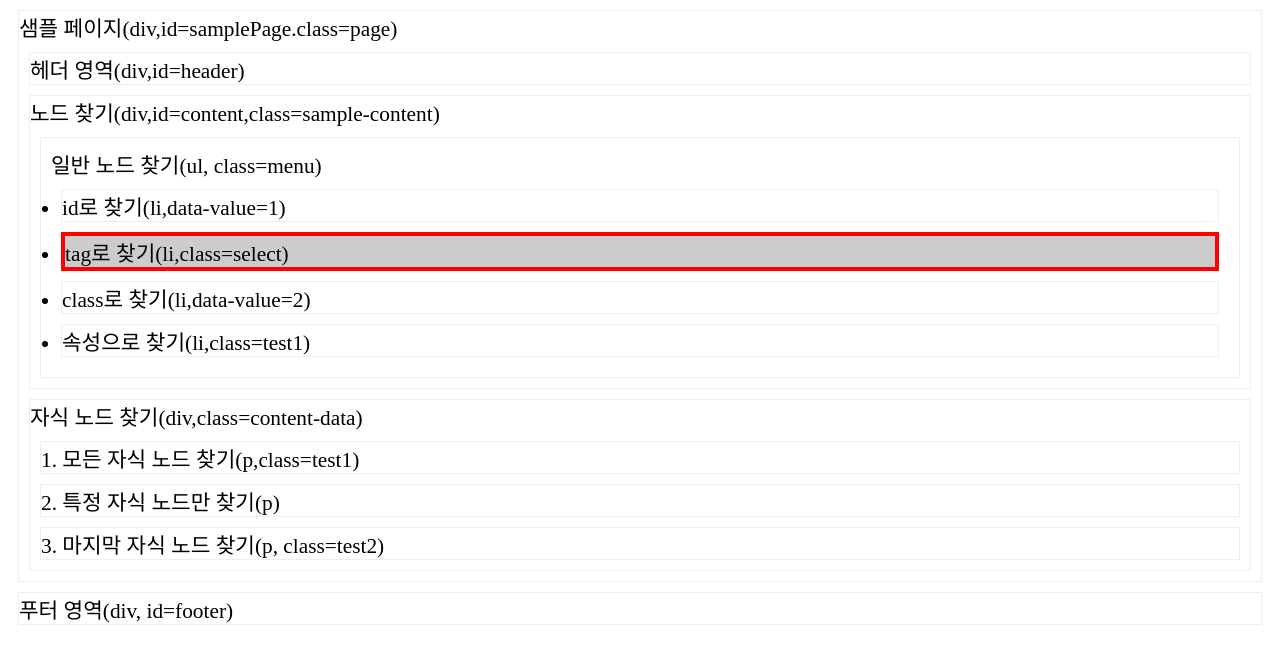
Repository: swc0516s/EZEN-JS
Page: JavaScript Workspace Lecture/JavaScript_jQuery_03/WebContent/Chapter02/2_03.html
These files come from the project's save history. The page is drawn as it stood at one moment and after the next save; the edit follows.
The browser window is 1280 px wide. The pictures show the whole page.

Above is the page before, as saved 2022-03-17 05:48:42.

After the next save:
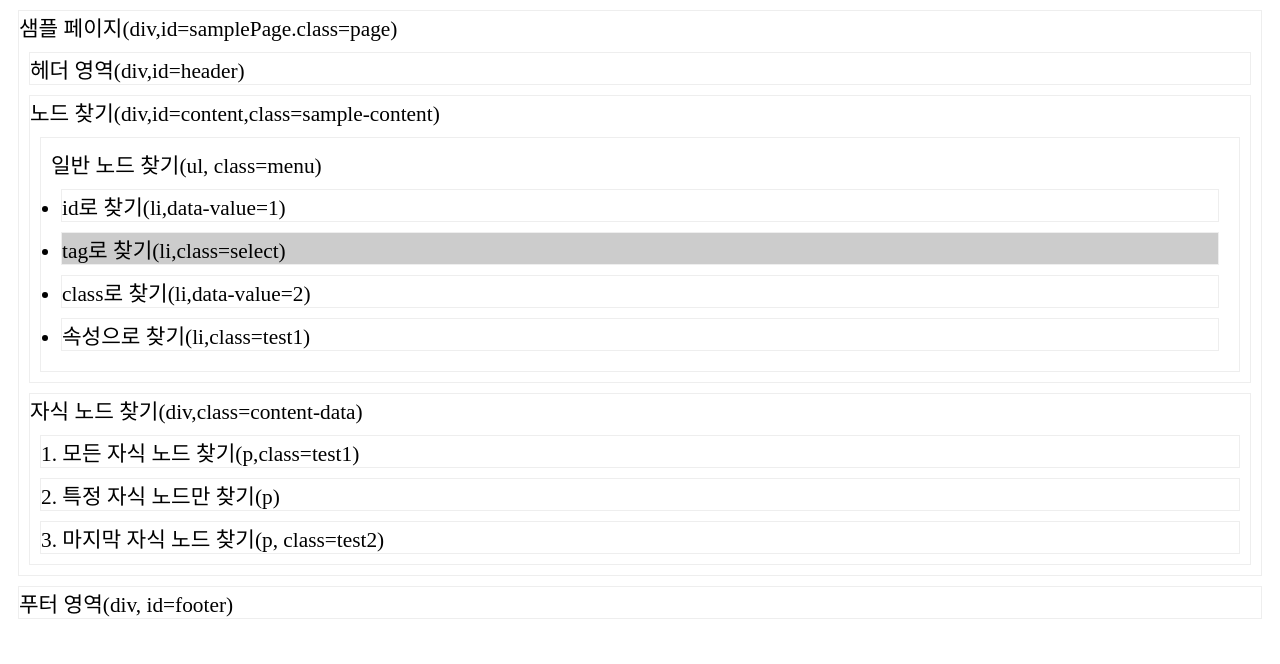
Console error: ReferenceError: $li_1 is not defined
Saved 4 s later.
--- a/JavaScript Workspace Lecture/JavaScript_jQuery_03/WebContent/Chapter02/2_03.html
+++ b/JavaScript Workspace Lecture/JavaScript_jQuery_03/WebContent/Chapter02/2_03.html
@@ -30,7 +30,7 @@
 		//$("li").eq(1).css("border", "4px solid #ff0000");
 		var liList = $("ul.menu li");
 		var li_1 = liList.get(1);
-		$(li_1).css("border", "4px solid #f00");
+		$li_1.css("border", "4px solid #f00");
 	});
 </script>
 </head>

After the save that followed:
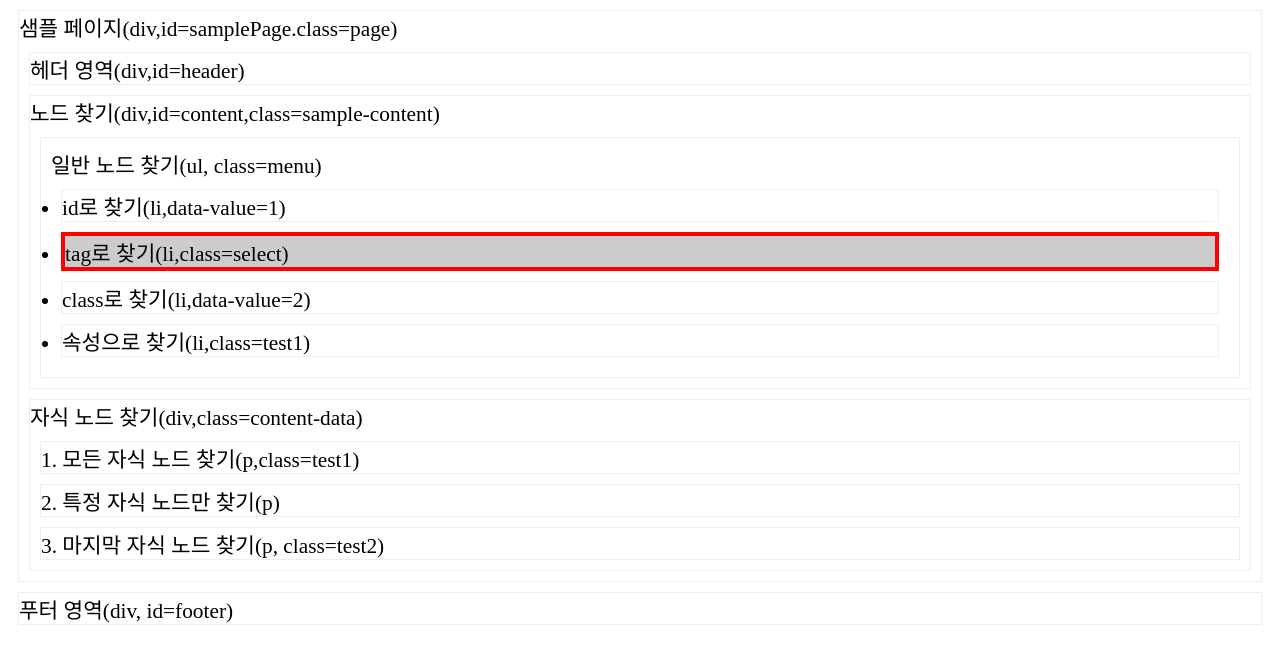
The error is gone.
Saved 6 s later.
--- a/JavaScript Workspace Lecture/JavaScript_jQuery_03/WebContent/Chapter02/2_03.html
+++ b/JavaScript Workspace Lecture/JavaScript_jQuery_03/WebContent/Chapter02/2_03.html
@@ -30,7 +30,7 @@
 		//$("li").eq(1).css("border", "4px solid #ff0000");
 		var liList = $("ul.menu li");
 		var li_1 = liList.get(1);
-		$li_1.css("border", "4px solid #f00");
+		$(li_1).css("border", "4px solid #f00");
 	});
 </script>
 </head>
